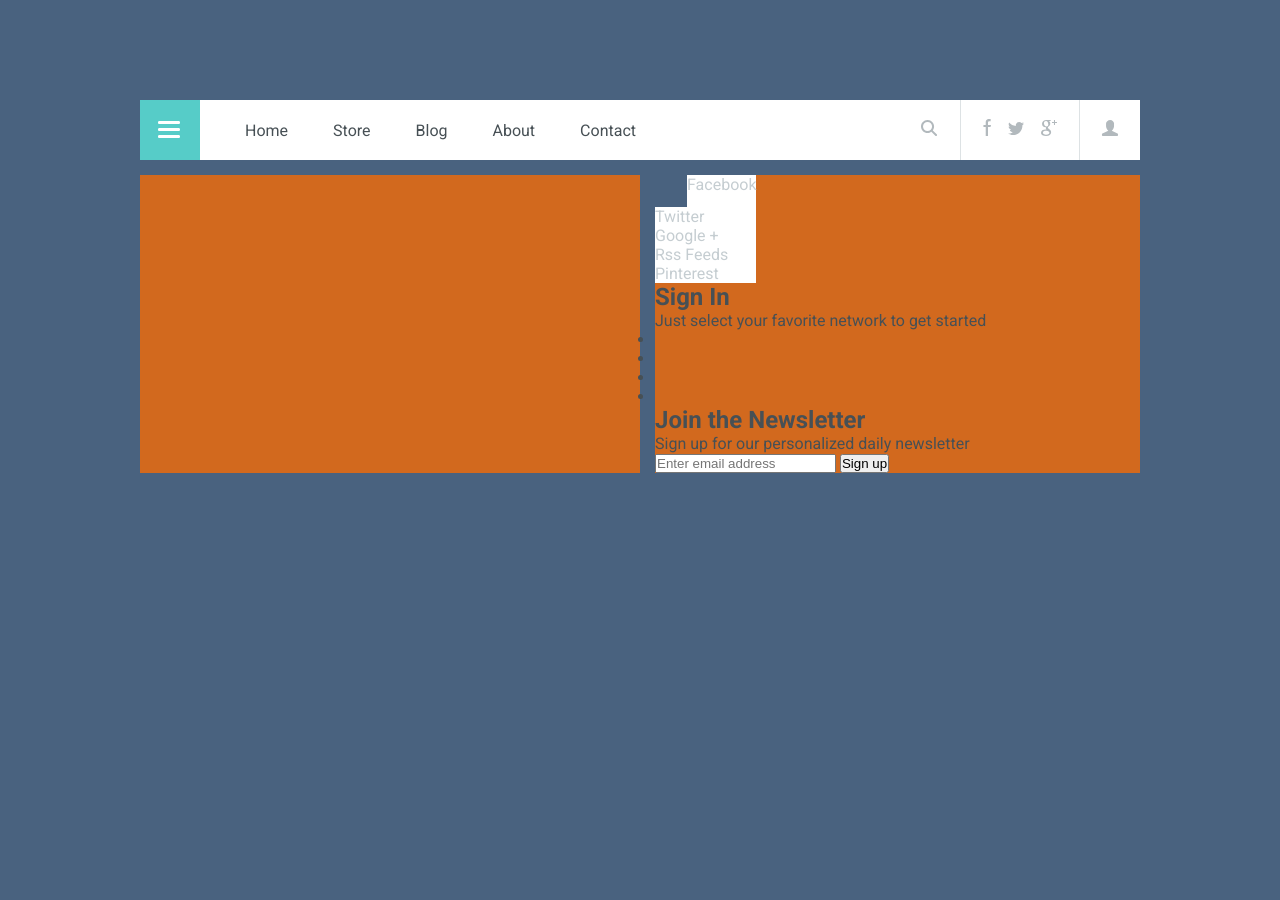
Repository: pawelczubak/WeeklyWebDevChallenge
Page: Challenge_4/index.html
These files come from the project's save history. The page is drawn as it stood at one moment and after the next save; the edit follows.
The browser window is 1280 px wide. The pictures show the whole page.
Some web libraries are served in a nearby version.

Above is the page before, as saved 2020-04-27 20:07:18.

### Challenge_4/index.html
<!DOCTYPE html>
<html lang="en">

<head>
    <meta charset="UTF-8">
    <meta name="viewport" content="width=device-width, initial-scale=1.0">

    <title>Weekly WebDev Challenge - 4</title>

    <link href="https://fonts.googleapis.com/css2?family=Roboto:wght@300;400;700&display=swap" rel="stylesheet">
    <script src="https://kit.fontawesome.com/f64caa1a2c.js" crossorigin="anonymous"></script>

    <meta name="viewport" content="width = device-width, initial-scale=1, user-scalable=yes">
    <link rel="stylesheet" href="css/main.css">
</head>

<body>
    <div class="container">
        <!--  -----  NAVIGATION START  -----  -->
        <nav class="nav">
            <div class="nav-button">

                <svg xmlns="http://www.w3.org/2000/svg" xmlns:xlink="http://www.w3.org/1999/xlink" width="0.24in"
                    height="0.18in">
                    <path fill-rule="evenodd" fill="rgb(255, 255, 255)"
                        d="M20.653,17.008 L1.347,17.008 C0.603,17.008 -0.000,16.417 -0.000,15.690 L-0.000,15.372 C-0.000,14.644 0.603,14.055 1.347,14.055 L20.653,14.055 C21.397,14.055 22.000,14.644 22.000,15.372 L22.000,15.690 C22.000,16.417 21.397,17.008 20.653,17.008 ZM20.653,9.980 L1.347,9.980 C0.603,9.980 -0.000,9.390 -0.000,8.662 L-0.000,8.344 C-0.000,7.617 0.603,7.027 1.347,7.027 L20.653,7.027 C21.397,7.027 22.000,7.617 22.000,8.344 L22.000,8.662 C22.000,9.390 21.397,9.980 20.653,9.980 ZM20.653,2.952 L1.347,2.952 C0.603,2.952 -0.000,2.362 -0.000,1.635 L-0.000,1.317 C-0.000,0.589 0.603,-0.001 1.347,-0.001 L20.653,-0.001 C21.397,-0.001 22.000,0.589 22.000,1.317 L22.000,1.635 C22.000,2.362 21.397,2.952 20.653,2.952 Z" />
                </svg>

            </div>
            <ul class="nav-list">
                <li class="nav-list__item"><a href="#" class="nav-list__link">Home</a></li>
                <li class="nav-list__item"><a href="#" class="nav-list__link">Store</a></li>
                <li class="nav-list__item"><a href="#" class="nav-list__link">Blog</a></li>
                <li class="nav-list__item"><a href="#" class="nav-list__link">About</a></li>
                <li class="nav-list__item"><a href="#" class="nav-list__link">Contact</a></li>
            </ul>
            <div class="nav-icons">
                <div class="nav-icons__search">
                    <a href="#" class="nav-link__icon">
                        <svg xmlns="http://www.w3.org/2000/svg" xmlns:xlink="http://www.w3.org/1999/xlink"
                            width="0.18in" height="0.17in">
                            <path class="nav-icons__svg" fill-rule="evenodd" fill="rgb(178, 185, 189)"
                                d="M15.728,14.309 L11.786,10.388 C12.600,9.303 13.088,7.963 13.088,6.504 C13.088,2.908 10.157,-0.006 6.541,-0.006 C2.926,-0.006 -0.005,2.908 -0.005,6.504 C-0.005,10.100 2.926,13.014 6.541,13.014 C7.963,13.014 9.275,12.558 10.349,11.793 L14.304,15.726 C14.697,16.117 15.335,16.117 15.728,15.726 C16.121,15.335 16.121,14.700 15.728,14.309 ZM6.541,11.011 C4.038,11.011 2.009,8.994 2.009,6.504 C2.009,4.015 4.038,1.996 6.541,1.996 C9.044,1.996 11.073,4.015 11.073,6.504 C11.073,8.994 9.044,11.011 6.541,11.011 Z" />
                        </svg>
                    </a>
                </div>
                <ul class="nav-icons__social-list">
                    <li class="nav-icons__social-icons">
                        <a href="#" class="nav-link__icon">
                            <svg xmlns="http://www.w3.org/2000/svg" xmlns:xlink="http://www.w3.org/1999/xlink"
                                width="0.09in" height="0.18in">
                                <path class="nav-icons__svg" fill-rule="evenodd" fill="rgb(178, 185, 189)"
                                    d="M7.672,0.063 L6.069,0.063 C6.069,0.063 2.724,-0.188 2.724,3.338 C2.724,4.092 2.724,6.011 2.724,6.011 L0.453,6.011 L0.459,7.910 L2.723,7.910 L2.725,17.002 L5.000,17.002 L5.000,7.910 L7.507,7.910 L8.042,6.011 L5.013,6.011 L5.013,3.266 C5.013,3.266 4.988,2.341 6.072,2.341 L7.662,2.341 L7.672,0.063 Z" />
                            </svg>
                        </a>
                    </li>
                    <li class="nav-icons__social-icons">
                        <a href="#" class="nav-link__icon">
                            <svg xmlns="http://www.w3.org/2000/svg" xmlns:xlink="http://www.w3.org/1999/xlink"
                                width="0.17in" height="0.14in">
                                <path class="nav-icons__svg" fill-rule="evenodd" fill="rgb(178, 185, 189)"
                                    d="M16.027,1.547 C15.437,1.809 14.803,1.985 14.138,2.065 C14.817,1.659 15.338,1.015 15.584,0.250 C14.949,0.625 14.245,0.898 13.497,1.046 C12.897,0.408 12.043,0.009 11.097,0.009 C9.282,0.009 7.810,1.478 7.810,3.291 C7.810,3.547 7.839,3.799 7.895,4.039 C5.163,3.901 2.741,2.595 1.119,0.611 C0.837,1.095 0.674,1.658 0.674,2.259 C0.674,3.398 1.255,4.402 2.137,4.990 C1.598,4.974 1.091,4.825 0.648,4.579 C0.647,4.593 0.647,4.606 0.647,4.621 C0.647,6.211 1.781,7.537 3.285,7.838 C3.009,7.913 2.718,7.953 2.418,7.953 C2.207,7.953 2.000,7.933 1.800,7.894 C2.218,9.198 3.432,10.147 4.871,10.172 C3.746,11.053 2.328,11.578 0.788,11.578 C0.523,11.578 0.261,11.562 0.004,11.531 C1.459,12.462 3.187,13.006 5.043,13.006 C11.089,13.006 14.395,8.006 14.395,3.671 C14.395,3.529 14.393,3.387 14.387,3.246 C15.029,2.783 15.586,2.206 16.027,1.547 Z" />
                            </svg>
                        </a>
                    </li>
                    <li class="nav-icons__social-icons">
                        <a href="#" class="nav-link__icon">
                            <svg xmlns="http://www.w3.org/2000/svg" xmlns:xlink="http://www.w3.org/1999/xlink"
                                width="0.18in" height="0.18in">
                                <path class="nav-icons__svg" fill-rule="evenodd" fill="rgb(178, 185, 189)"
                                    d="M15.006,4.015 L15.006,5.999 L13.966,5.999 L13.966,4.015 L11.997,4.015 L11.997,3.013 L13.966,3.013 L13.966,0.971 L15.006,0.971 L15.006,3.013 L17.010,3.013 L17.010,4.015 L15.006,4.015 ZM8.900,2.055 C9.780,2.557 10.247,3.589 10.247,4.730 C10.247,5.777 9.666,6.620 8.845,7.259 C8.043,7.884 7.891,8.145 7.891,8.676 C7.891,9.129 8.849,9.803 9.290,10.132 C10.823,11.279 11.112,12.000 11.134,13.433 C11.162,15.338 9.199,17.001 6.054,17.001 C3.294,17.001 0.982,15.749 0.982,13.959 C0.982,11.258 2.897,10.385 5.657,10.385 C5.958,10.385 6.233,10.377 6.518,10.377 C6.141,10.013 5.836,9.697 5.836,9.144 C5.836,8.815 5.940,8.501 6.087,8.221 C5.938,8.231 5.785,8.241 5.627,8.241 C3.360,8.241 2.041,6.653 2.041,4.664 C2.041,2.715 4.050,0.969 6.459,0.969 C7.701,0.969 11.208,0.969 11.208,0.969 L10.147,2.055 L8.900,2.055 ZM6.121,11.642 C4.364,11.642 2.912,12.300 2.912,13.538 C2.912,14.799 4.207,15.828 5.999,15.828 C8.520,15.828 9.398,14.865 9.398,13.601 C9.398,13.449 9.394,13.295 9.341,13.156 C8.733,11.642 6.774,11.642 6.121,11.642 ZM8.249,4.923 C8.040,3.342 7.249,2.152 6.035,2.115 C4.820,2.079 3.755,3.182 3.966,4.764 C4.175,6.348 5.330,7.409 6.545,7.446 C7.760,7.481 8.458,6.507 8.249,4.923 Z" />
                            </svg>
                        </a>
                    </li>
                </ul>
                <div class="nav-icons__acount">
                    <a href="#" class="nav-link__icon">
                        <svg xmlns="http://www.w3.org/2000/svg" xmlns:xlink="http://www.w3.org/1999/xlink"
                            width="0.182in" height="0.18in">
                            <path class="nav-icons__svg" fill-rule="evenodd" fill="rgb(178, 185, 189)"
                                d="M15.993,17.030 L1.963,17.030 C1.394,17.030 0.932,16.569 0.932,15.999 L0.932,15.405 C0.932,14.535 1.963,14.374 1.963,14.374 L7.322,11.719 C5.880,10.561 5.056,8.283 5.056,7.156 L5.056,4.578 C5.056,2.871 6.903,0.969 9.181,0.969 C11.459,0.969 13.024,2.871 13.024,4.578 L13.024,7.156 C13.024,8.394 12.208,10.604 10.779,11.729 L15.993,14.374 C15.993,14.374 17.024,14.551 17.024,15.405 L17.024,15.999 C17.024,16.569 16.562,17.030 15.993,17.030 Z" />
                        </svg>
                    </a>
                </div>
            </div>
        </nav>

        <!--  -----  NAVIGATION END  -----  -->

        <!--  -----  MAIN START  -----  -->
        <main class="main">
            <!--  -----  MENU SECTION START  -----  -->
            <section class="menu-section"></section>
            <!--  -----  MENU SECTION END  -----  -->

            <!--  -----  SOCIAL SECTION START  -----  -->
            <section class="social-section">
                <article class="social-section__socials-container">
                    <ul class="socials-container__socials-list">
                        <li class="socials-container__socials-items">
                            <a href="#" class="socials-container__socials-link">
                                <div class="social-link__icon"></div>Facebook
                            </a>
                        </li>
                        <li class="socials-container__socials-items">
                            <a href="#" class="socials-container__socials-link">Twitter</a>
                        </li>
                        <li class="socials-container__socials-items">
                            <a href="#" class="socials-container__socials-link">Google +</a>
                        </li>
                        <li class="socials-container__socials-items">
                            <a href="#" class="socials-container__socials-link">Rss Feeds</a>
                        </li>
                        <li class="socials-container__socials-items">
                            <a href="#" class="socials-container__socials-link">Pinterest</a>
                        </li>
                    </ul>
                    <div class="socials-container__follow-items">
                        <div class="socials-container__facebook-widget"></div>
                        <div class="socials-container__twitter-widget"></div>
                    </div>
                </article>
                <article class="social-section__sign-in">
                    <h2 class="socials-container__header">Sign In</h2>
                    <p class="sign-in__paragraph">Just select your favorite network to get started</p>
                    <ul class="sign-in__list">
                        <li class="sign-in__item"><a href="#" class="sign-in__link"></a></li>
                        <li class="sign-in__item"><a href="#" class="sign-in__link"></a></li>
                        <li class="sign-in__item"><a href="#" class="sign-in__link"></a></li>
                        <li class="sign-in__item"><a href="#" class="sign-in__link"></a></li>
                    </ul>
                </article>
                <article class="social-section__newsletter">
                    <h2 class="socials-container__header">Join the Newsletter</h2>
                    <p class="newsletter__paragraph">Sign up for our personalized daily newsletter</p>
                    <form action="GET" class="newsletter__form">
                        <input placeholder="Enter email address" type="email" name="email" required
                            class="newsletter__input" autocomplete="off" />
                        <button class="newsletter__button" formenctype="multipart/form-data" type="submit">Sign
                            up</button>
                    </form>
                </article>
            </section>
            <!--  -----  SOCIAL SECTION END  -----  -->
        </main>
        <!--  -----  MAIN END  -----  -->


    </div>

    <script src="js/main.js" type="text/javascript"></script>
</body>

</html>

### Challenge_4/css/main.css
*,
*::after,
*::before {
    box-sizing: border-box;
    margin: 0;
    padding: 0;
}

/*------------------  GLOBAL START  ------------------*/
body {
    margin: 0;
    padding: 0;
    font: 16px 'Roboto', sans-serif;
    color: #475055;
    background-color: #49627f;
}

.container {
    max-width: 1000px;
    min-height: 700px;
    margin: 100px auto;
    overflow: hidden;
}

/*------------------  GLOBAL END  ------------------*/
/*------------------  NAV START  ------------------*/
.nav {
    position: relative;
    display: flex;
    justify-content: left;
    width: 100%;
    height: 60px;
    background-color: #ffffff;
    margin-bottom: 15px;
}

.nav-button {
    display: flex;
    align-items: center;
    justify-content: center;
    background-color: #56ccc8;
    width: 60px;
    cursor: pointer;
    pointer-events: none;
}

.nav-button:hover {
    background-color: #56ddd8;
}

.nav-list {
    display: flex;
    list-style: none;

}

.nav-list__item {
    padding-left: 45px;
    display: flex;
    align-items: center
}

.nav-list__link {
    text-decoration: none;
    color: #475055;
}

.nav-list__link:hover {
    color: #56ccc8;
}

.nav-icons {
    display: flex;
    align-items: center;
    margin-left: auto;
}

.nav-icons__search {
    width: 60px;
    display: flex;
    justify-content: center;
}

.nav-link__icon {}

.nav-icons__social-list {
    position: relative;
    display: flex;
    height: 100%;
    justify-content: space-around;
    align-items: center;
    width: 120px;
    padding: 0 15px;
}

.nav-icons__social-list::before,
.nav-icons__social-list::after {
    position: absolute;
    content: '';
    top: 0;
    height: 100%;
    width: 1px;
    background-color: #dde2e4;
}

.nav-icons__social-list::after {
    left: 0;
}

.nav-icons__social-list::before {
    right: 0;
}

.nav-icons__social-icons {
    list-style: none;
}

.nav-icons__acount {
    width: 60px;
    display: flex;
    justify-content: center;
}

.nav-link__icon:hover .nav-icons__svg {
    fill: #152840;
}

/*------------------  NAV END  ------------------*/
/*------------------  MAIN START  ------------------*/
.main {
    display: flex;
    width: 100%;
}

/*------------------  MENU SECTION START  ------------------*/
.menu-section {
    width: 50%;
    /*    !!!!!!!!!!  ONLY FOR TEST !!!!!! */
    min-heignt: 500px;
    background-color: chocolate;
}

/*------------------  MENU SECTION END  ------------------*/
/*------------------  SOCIAL SECTION START  ------------------*/
.social-section {
    width: calc(50% - 15px);
    margin-left: 15px;

    background-color: chocolate;

}

.social-section__socials-container {
    display: flex;
}

.socials-container__socials-list {
    list-style: none;
    background-color: #ffffff;
}

.socials-container__socials-items {}

.social-link__icon {
    height: 32px;
    width: 32px;
    background-color: #49627f;
}

.socials-container__socials-link {
    display: flex;
    text-decoration: none;
    color: #c5cdd1;
}

/*------------------  SOCIAL SECTION END  ------------------*/

/*------------------  MAIN END  ------------------*/

/*------------------  MEDIAQUERY START  ------------------*/

@media screen and (max-width: 1024px) {
    .container {
        max-width: 95%;
    }
}

@media screen and (max-width: 800px) {
    .container {
        margin: 15px auto;
    }

    /*------------------  NAV START  ------------------*/
    .nav-button {
        pointer-events: all;
    }

    .nav-list {
        position: absolute;
        flex-direction: column;
        background-color: #ffffff;
        width: 50%;
        top: 60px;
        left: 0;
        height: 500px;
        justify-content: space-around;
        align-items: center;
        transform: translateX(-101%);
        transition: all 0.2s ease-in;
    }

    .nav-list__item {
        opacity: 0;
        padding: 0;
    }

    /*------------------  NAV END  ------------------*/
}

.nav-list--active {
    transform: translateX(0%);
}

/*------------------  MEDIAQUERY END  ------------------*/

/*------------------  ANIMATIONS  ------------------*/
@keyframes navLinkFade {
    from {
        opacity: 0;
        transform: translateX(-50px);
    }

    to {
        opacity: 1;
        transform: translateX(0px);
    }
}

### Challenge_4/js/main.js
const navSlide = () => {
    const burger = document.querySelector('.nav-button');
    const nav = document.querySelector('.nav-list');
    const navLinks = document.querySelectorAll('.nav-list__item');



    burger.addEventListener('click', () => {
        //Toggle nav
        nav.classList.toggle('nav-list--active');

        //Animate links
        navLinks.forEach((link, index) => {
            if (link.style.animation) {
                link.style.animation = ''
            } else {
                link.style.animation = `navLinkFade 0.5s ease forwards ${index / 7 + 0.2}s`;
            }

        });
    });


}

navSlide();

After the next save:
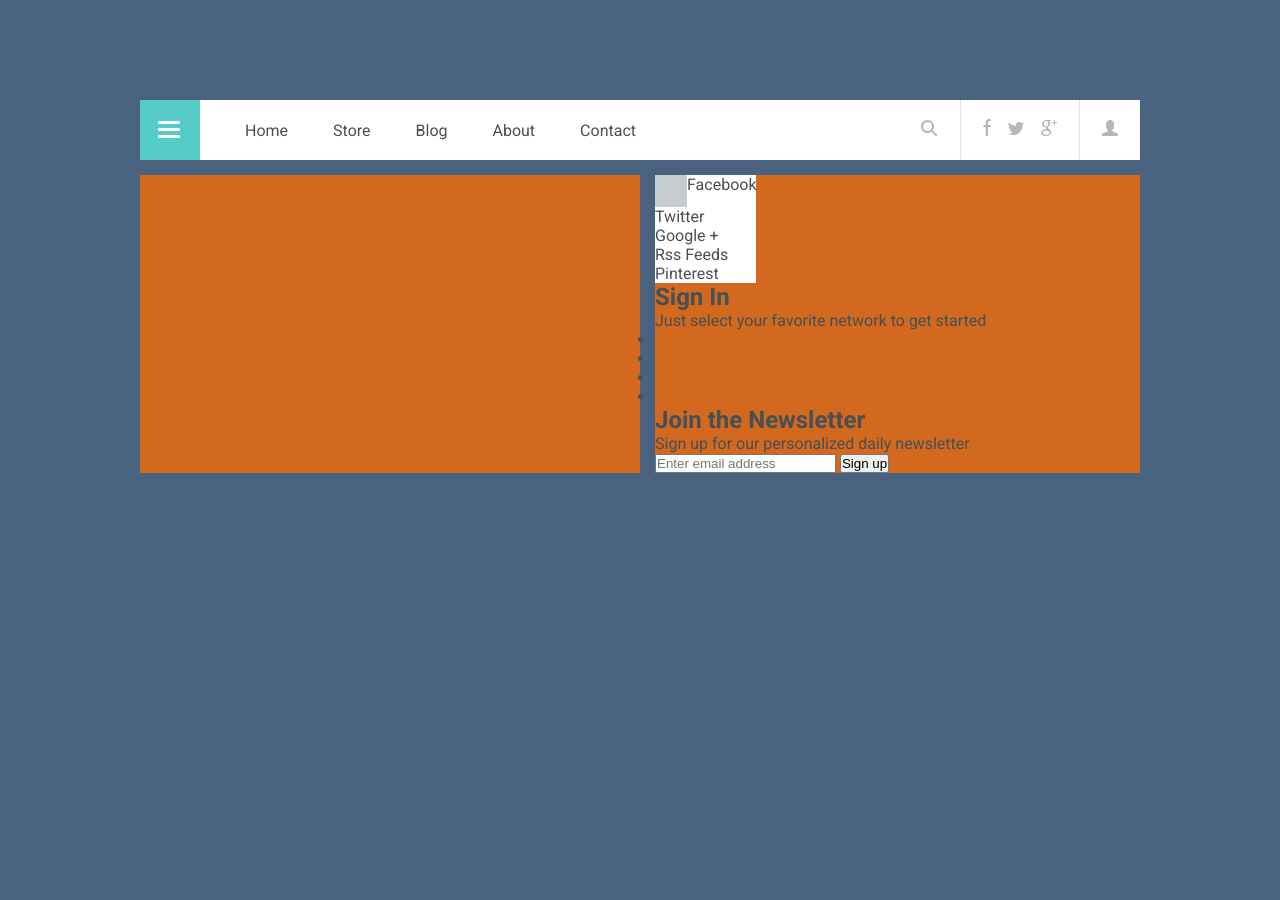
Saved 13 s later.
--- a/Challenge_4/css/main.css
+++ b/Challenge_4/css/main.css
@@ -164,13 +164,13 @@ body {
 .social-link__icon {
     height: 32px;
     width: 32px;
-    background-color: #49627f;
+    background-color: #c5cdd1;
 }
 
 .socials-container__socials-link {
     display: flex;
     text-decoration: none;
-    color: #c5cdd1;
+    color: #475055;
 }
 
 /*------------------  SOCIAL SECTION END  ------------------*/
